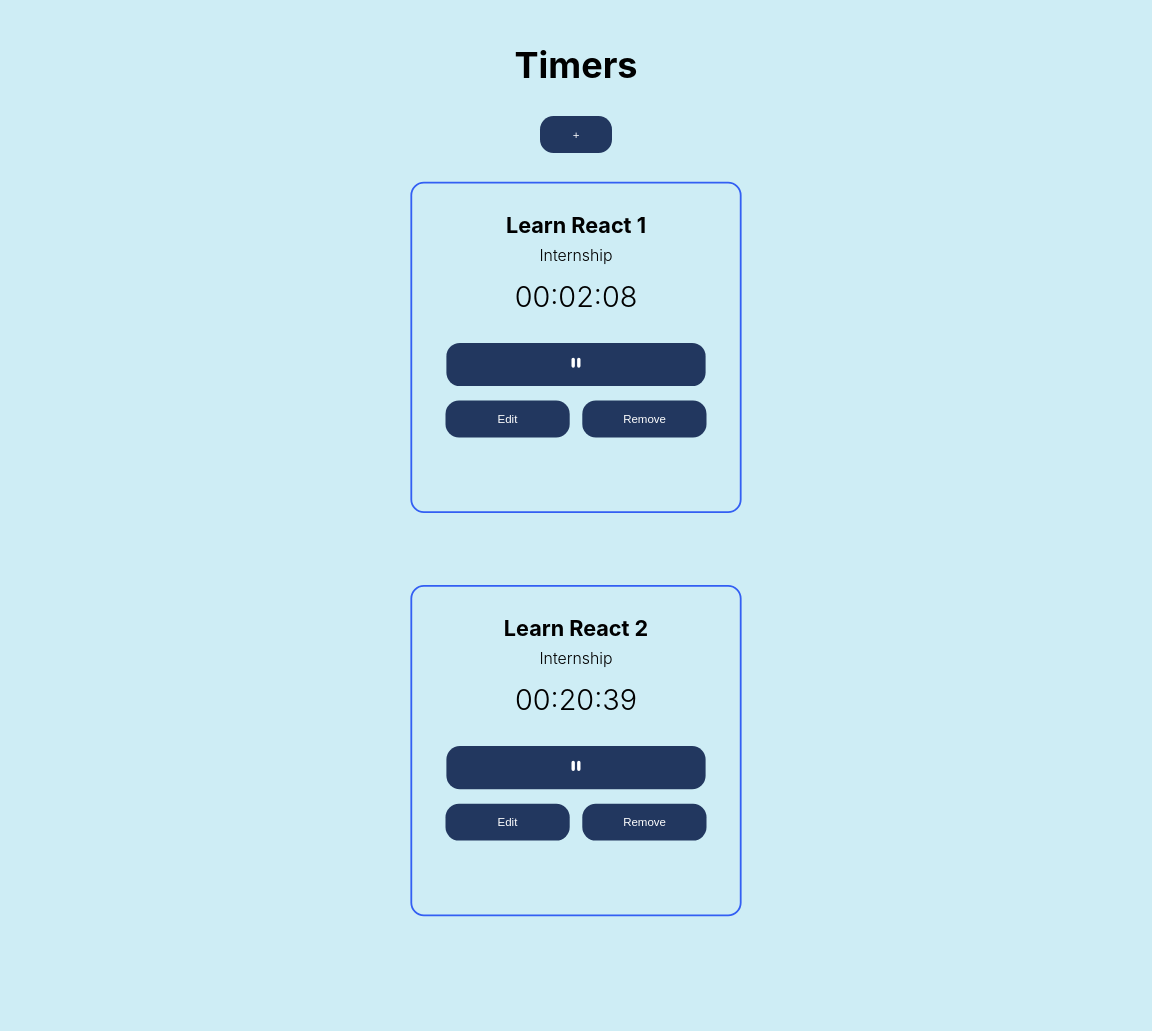
Repository: dqhuy153/react-timer
Page: /
An editor plug-in stored every save of this project. The page is shown before and after a run of saves, followed by the edit.
The browser window is 1280 px wide. The pictures show the whole page, at 90% of full size.
The project was rebuilt for these pictures with package versions that can differ from the ones it lists, and the page was loaded fresh each time. Also part of the build but not shown: src/components/TimerForm/TimerForm.module.scss, src/components/TimerForm/index.jsx.

Above is the page before, as saved 2021-10-26 17:54:06.

After the next 4 saves:
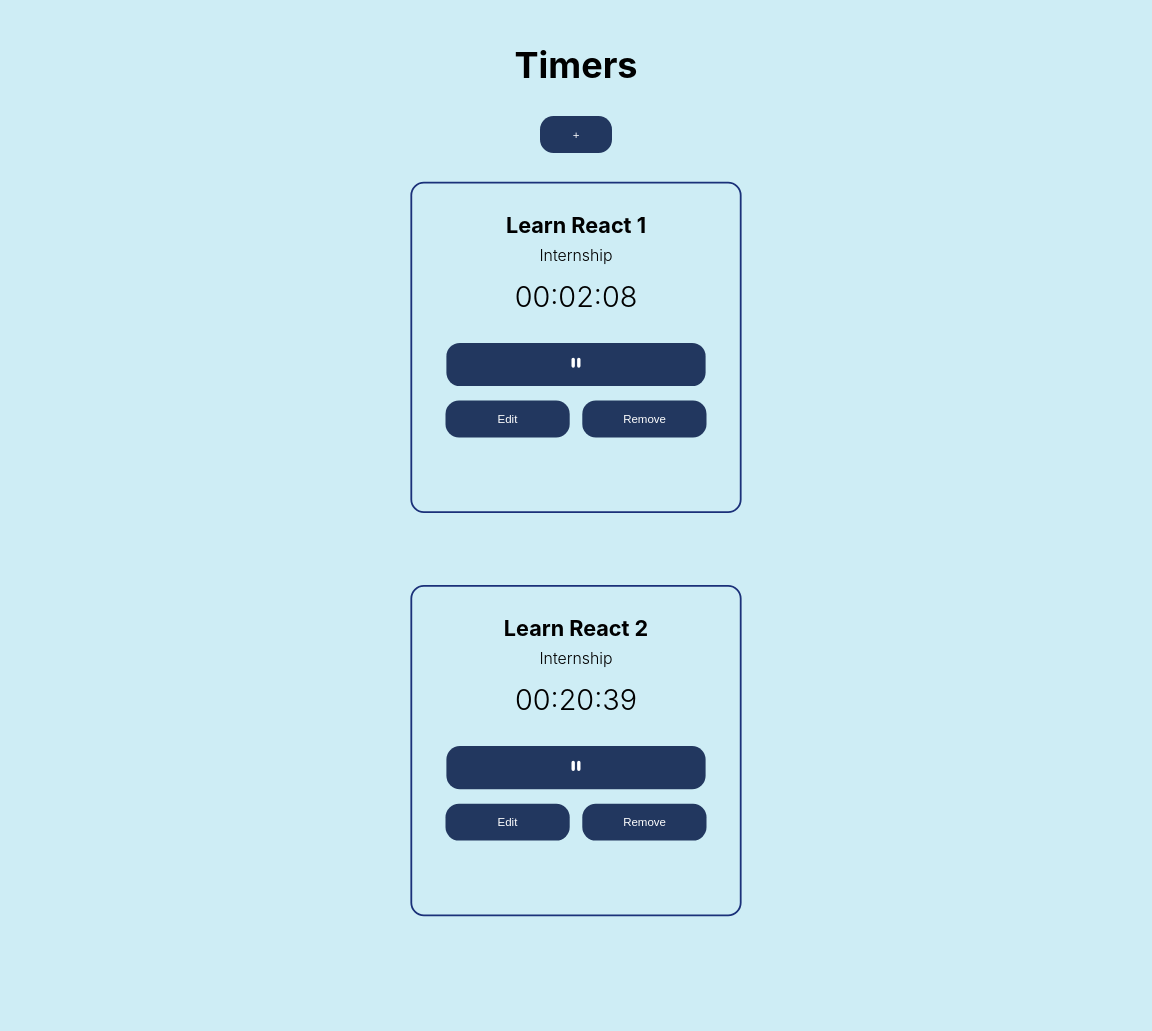
The 4 saves are shown as one change because they came seconds apart.
The last was saved 16 s later.
--- a/src/components/EditableTimerForm/EditableTimerForm.module.scss
+++ b/src/components/EditableTimerForm/EditableTimerForm.module.scss
@@ -1,6 +1,6 @@
 .container {
   transition: all 0.2s linear;
-  border: 2px solid #335ff3;
+  border: 2px solid #1b3179;
   padding: 2rem;
   border-radius: 15px;
   width: 23rem;
